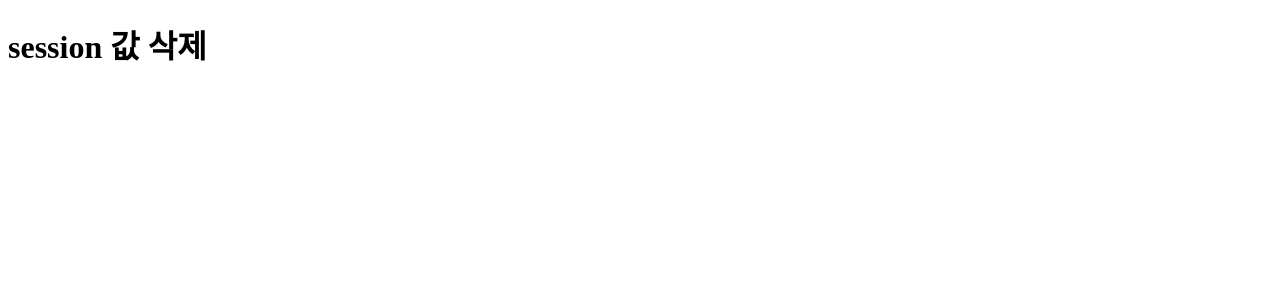
Repository: pencil-HB/SSAFY_Backend
Page: http://localhost/BackendProject/session/sessionDelete.jsp
The author's editor kept a copy of each file at every save. The page is drawn from the files as they stood at one save, then again after the next save.
The browser window is 1280 px wide. The pictures show the whole page.
The page is served by Tomcat 10.

Above is the page before, as saved 2024-09-26 05:57:49.

After the next save:
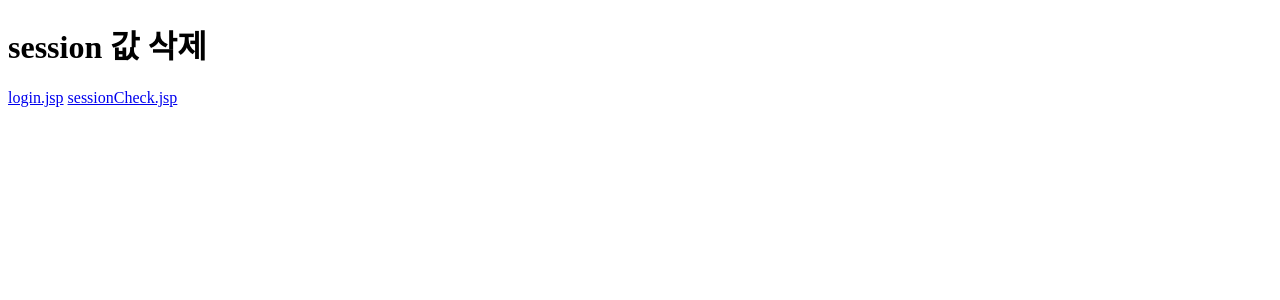
Saved 117 s later.
--- a/BackendProject/src/main/webapp/session/sessionDelete.jsp
+++ b/BackendProject/src/main/webapp/session/sessionDelete.jsp
@@ -11,8 +11,13 @@
 <%-- 1.세션에 저장되어 있는 값 삭제
 	 2. 링크걸어 login.jsp, check.jsp로 넘어가기
 --%>
+<%
+	session.setAttribute("id", null);
+	session.setAttribute("pw", null);
+%>
 
-
+<a href="login.jsp">login.jsp</a>
+<a href="sessionCheck.jsp">sessionCheck.jsp</a>
 
 </body>
 </html>
